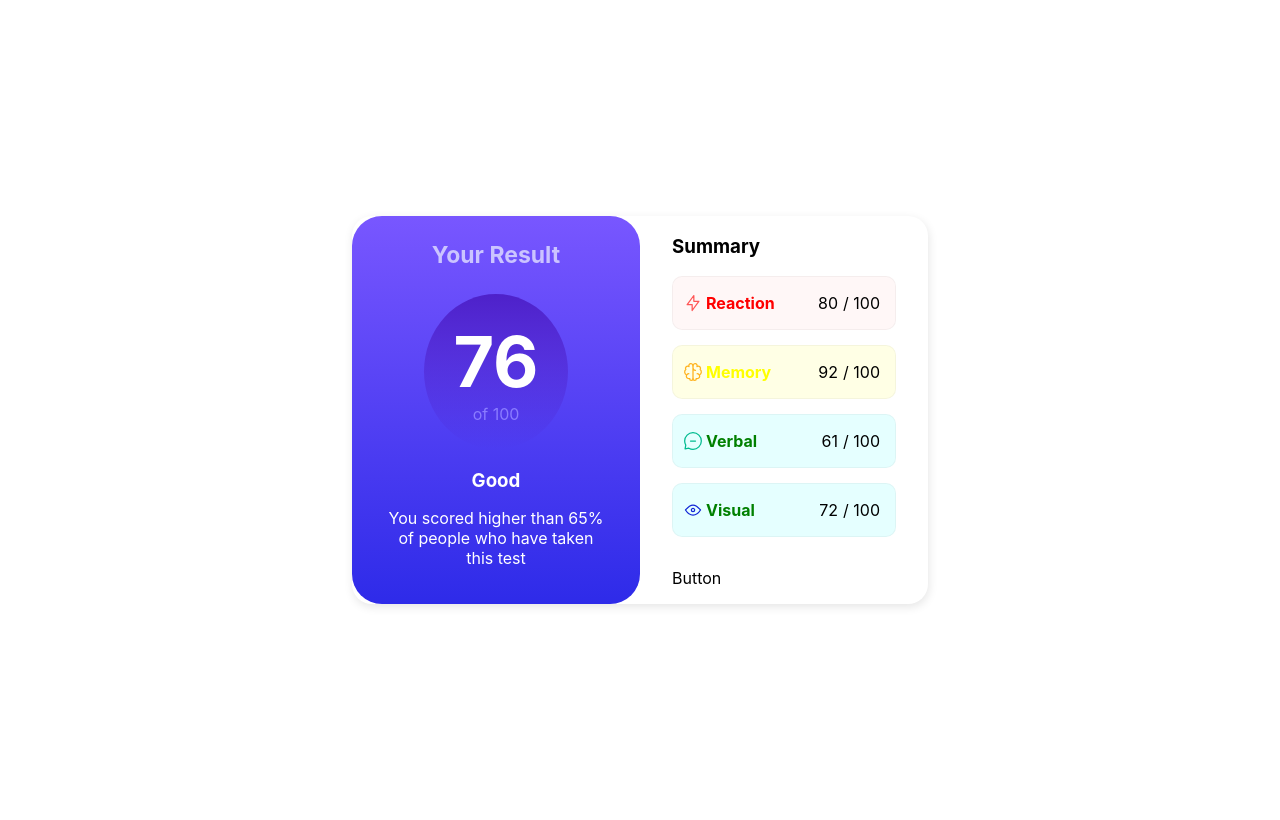
Repository: JeanPaulBassil/Result-Summary-Design
Page: /
An editor plug-in stored every save of this project. The page is shown before and after the next save, followed by the edit.
The browser window is 1280 px wide. The pictures show the whole page.
The project was rebuilt for these pictures with package versions that can differ from the ones it lists, and the page was loaded fresh each time.

Above is the page before, as saved 2023-02-24 18:06:46.

After the next save:
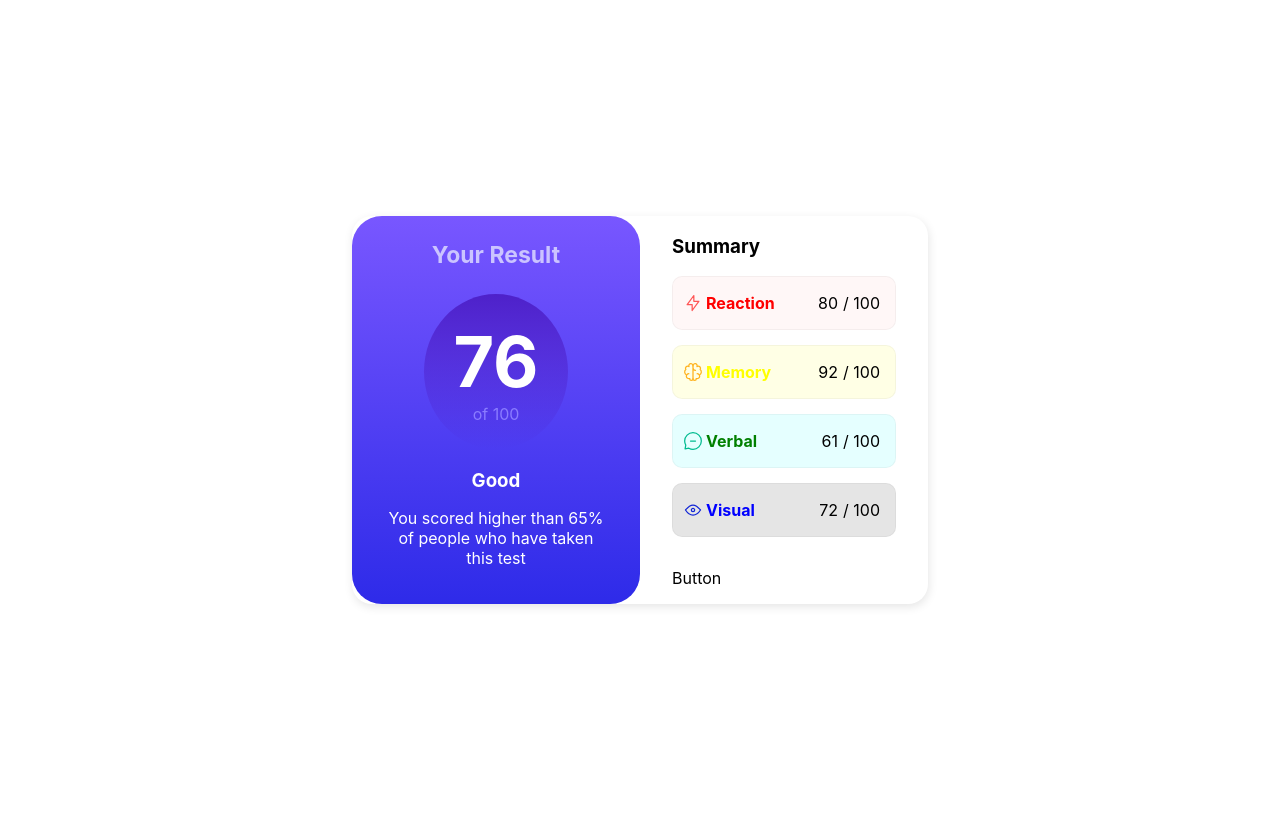
Saved 19 s later.
--- a/src/Components/Summary/Summary.css
+++ b/src/Components/Summary/Summary.css
@@ -61,10 +61,10 @@
 }
 
 .blue {
-    background-color: rgba(0, 255, 255, 0.1);
+    background-color: rgba(0, 0, 0, 0.1);
 }
 
 .blue > div > h4 {
     margin: 0;
-    color: green;
+    color: blue;
 }
